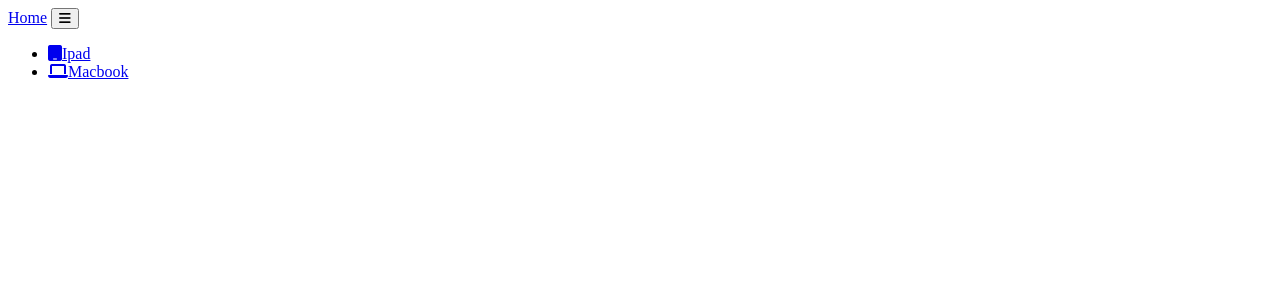
Repository: giatanha1507/apple-tailwind
Page: index.html
The author's editor kept a copy of each file at every save. The page is drawn from the files as they stood at one save, then again after the next save.
The browser window is 1280 px wide. The pictures show the whole page.
Some web libraries are served in a nearby version.

Above is the page before, as saved 2021-08-26 21:37:34.

After the next save:
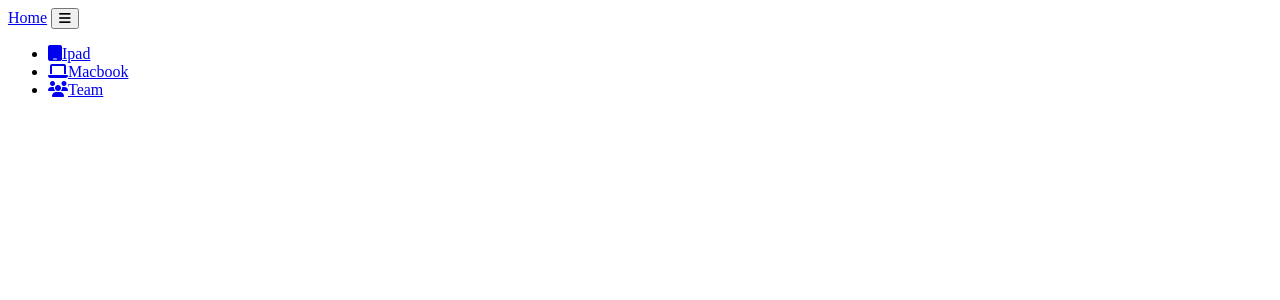
Saved 73 s later.
--- a/index.html
+++ b/index.html
@@ -147,6 +147,36 @@
                 >Macbook</a
               >
             </li>
+            <li class="flex items-center">
+              <a
+                href="#"
+                class="
+                  text-white
+                  lg:hover:text-gray-300
+                  text-gray-800
+                  px-3
+                  py-4
+                  lg:py-2
+                  flex
+                  items-center
+                  text-xs
+                  uppercase
+                  font-bold
+                "
+                ><i
+                  class="
+                    lg:text-gray-300
+                    text-gray-500
+                    fas
+                    fa-users
+                    text-lg
+                    leading-lg
+                    mr-2
+                  "
+                ></i
+                >Team</a
+              >
+            </li>
           </ul>
         </div>
       </div>
